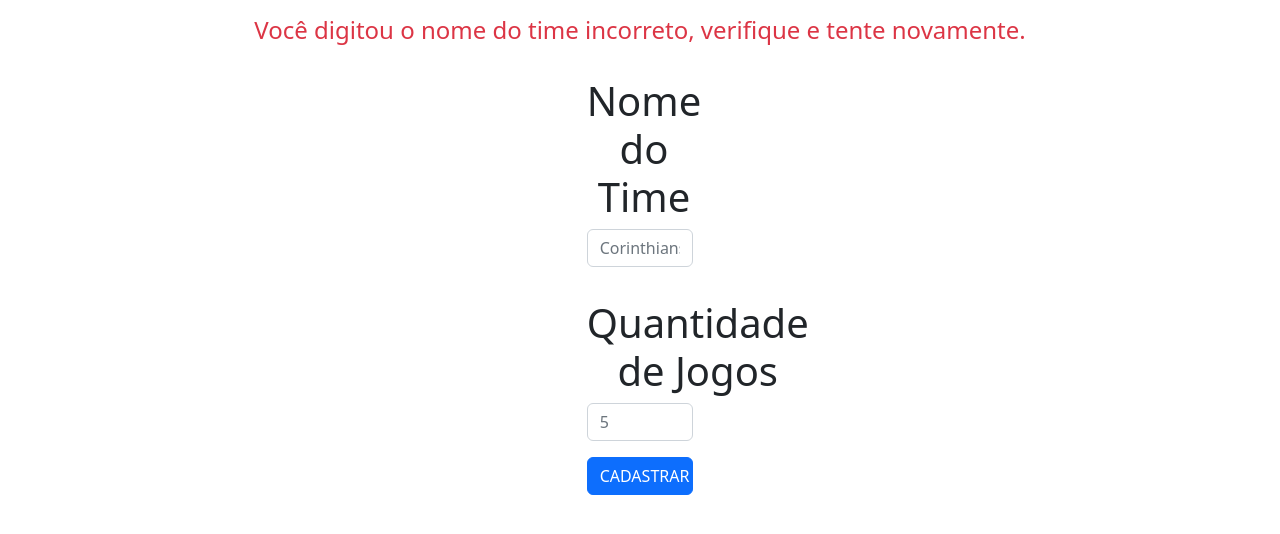
Repository: ricardodamaceno/Coeficiente-de-Variacao-de-Gols
Page: http://localhost/add-erro
These files come from the project's save history. The page is drawn as it stood at one moment and after the next save; the edit follows.
The browser window is 1280 px wide. The pictures show the whole page.
The page is this project's Thymeleaf template; nobody is signed in. The template is opened directly, without the code that normally fills it, so the values that code supplies are empty.

Above is the page before, as saved 2022-09-20 18:32:10.

After the next save:
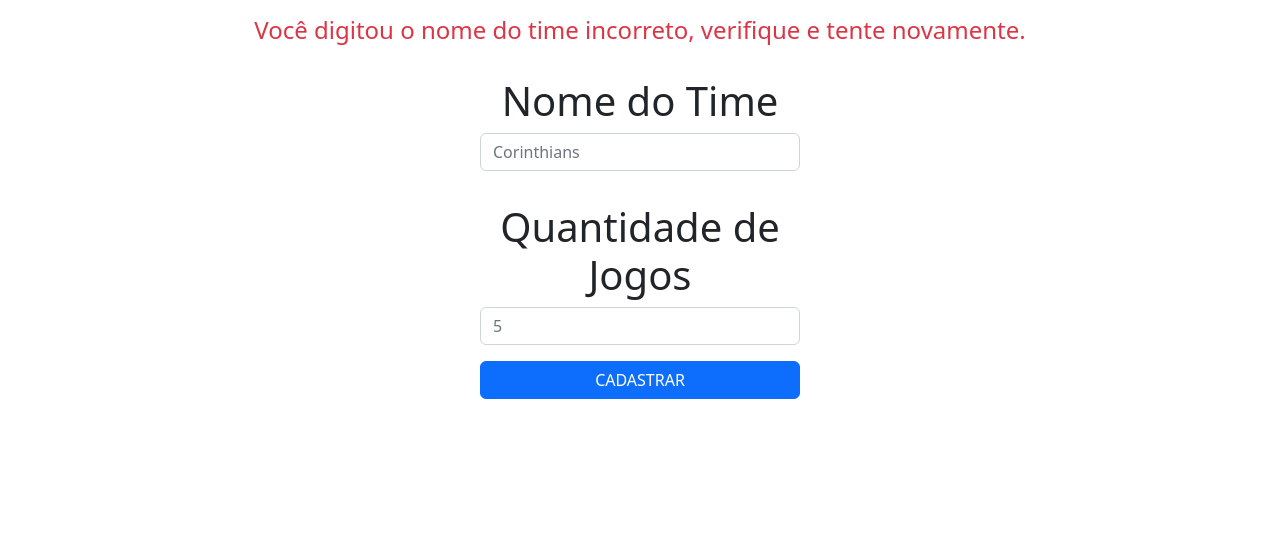
Saved 3 s later.
--- a/aposta-tozo/src/main/resources/templates/add-erro.html
+++ b/aposta-tozo/src/main/resources/templates/add-erro.html
@@ -14,7 +14,7 @@
 
 <body>
 <h4 class="mb-3 mt-3 text-center text-danger">Você digitou o nome do time incorreto, verifique e tente novamente.</h4>
-<div class="col-md-1 rounded mx-auto d-block">
+<div class="col-md-3 rounded mx-auto d-block">
 	<form method="post" action="/add">
 		<div class="mb-3 text-center">
 			<label for="exampleInputEmail1" class="form-label mt-3 h1">Nome do Time</label>
